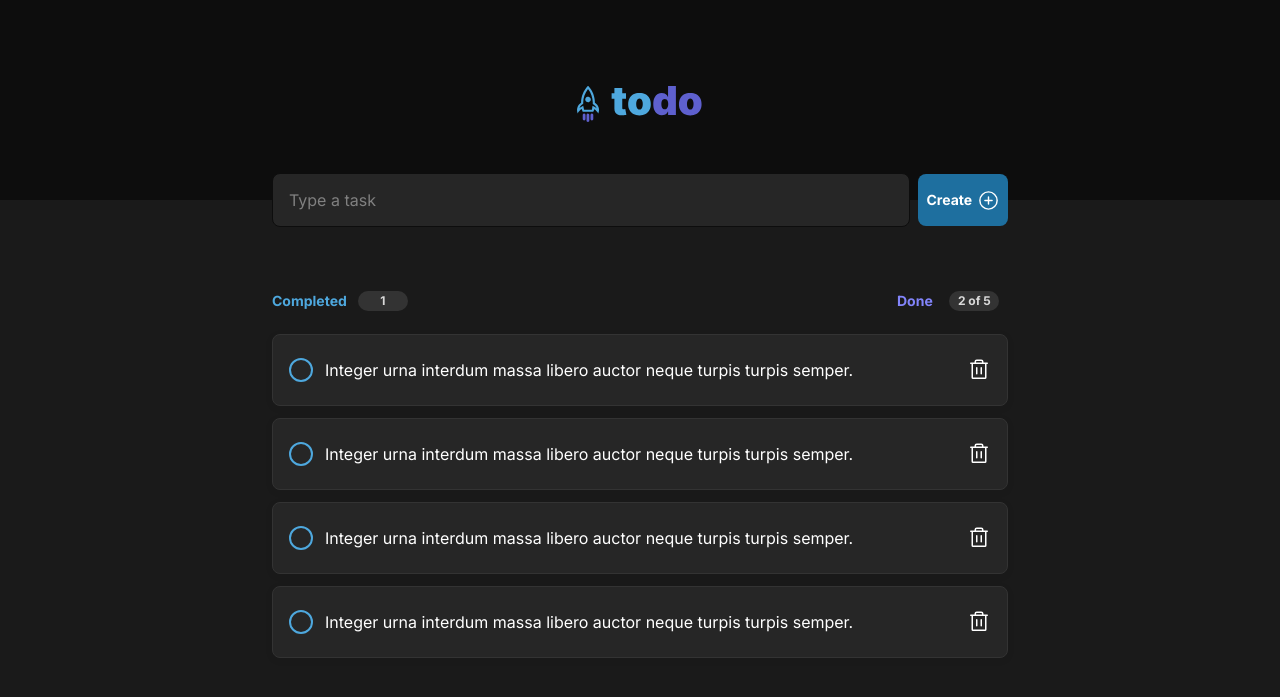
Repository: JoseGu1llardi/to-do-list-D01
Page: /
These files come from the project's save history. The page is drawn as it stood at one moment and after the next save; the edit follows.
The browser window is 1280 px wide. The pictures show the whole page.
The project was rebuilt for these pictures with package versions that can differ from the ones it lists, and the page was loaded fresh each time. Requests to the local data server were answered from the project's data file. Also part of the build but not shown: vite.config.ts.

Above is the page before, as saved 2023-03-12 13:39:21.

### index.html
<!DOCTYPE html>
<html lang="en">
  <head>
    <meta charset="UTF-8" />

    <link rel="preconnect" href="https://fonts.googleapis.com" />
    <link rel="preconnect" href="https://fonts.gstatic.com" crossorigin />

    <link
      href="https://fonts.googleapis.com/css2?family=Inter:wght@400;700&display=swap"
      rel="stylesheet"
    />

    <link rel="icon" type="image/svg+xml" href="/vite.svg" />
    <meta name="viewport" content="width=device-width, initial-scale=1.0" />
    <title>Vite + React + TS</title>
  </head>
  <body>
    <div id="root"></div>
    <script type="module" src="/src/main.tsx"></script>
  </body>
</html>

### src/App.tsx
import { Header } from "./components/Header"

import styles from './App.module.css';

import "./global.css"
import { Input } from "./components/Input";
import { Button } from "./components/Button";
import { TasksList } from "./components/TasksList";

function App() {
  return (
    <>
      <Header />

      <div className={styles.newTaskContainer}>
        <Input />
        <Button />
      </div>

      <div className={styles.tasksContainer}>
        <TasksList />
      </div>
    </>
  )
}

export default App

### src/components/Header/index.tsx
import Logo from '../../assets/Logo (1).svg'

import styles from './styles.module.css';

export function Header() {
    return (
        <header className={styles.container}>
            <img src={Logo} />
        </header>
    )
}

### src/App.module.css
.newTaskContainer {
  display: flex;
  flex-direction: row;
  align-items: center;
  padding: 0px;
  gap: 8px;

  position: absolute;
  width: 46rem;
  height: 3.375rem;
  left: calc(50% - 736px / 2);
  top: 10.8125rem;
}

.tasksContainer {
  display: flex;
  flex-direction: column;
  align-items: flex-start;
  padding: 0px;
  gap: 24px;

  position: absolute;
  width: 736px;
  height: 287px;
  left: calc(50% - 736px / 2);
  top: 291px;
}

### src/global.css
:root {
  // Base
  --gray-100: #f2f2f2;
  --gray-200: #d9d9d9;
  --gray-300: #808080;
  --gray-400: #333333;
  --gray-500: #262626;
  --gray-600: #1a1a1a;
  --gray-700: #0d0d0d;

  --danger: #e25858;

  // Product
  --purple: #8284fa;
  --dark-purple: #5e60ce;
  --blue: #4ea8de;
  --dark-blue: #1e6f9f;
}

* {
  margin: 0;
  padding: 0;
  box-sizing: border-box;
}

body {
  color: #fff;
  background: var(--gray-600);

  width: 100%;
  height: 100%;
  max-height: 1024px;
  position: relative;
}

body,
input,
textarea,
button {
  font-family: "Inter", sans-serif;
  font-weight: 400;
  font-size: 1rem;
}

### src/components/Input/index.tsx
import styles from './styles.module.css';

export function Input() {
    return (
        <input
            type="text"
            className={styles.input}
            placeholder='Type a task'
        />
    )
}

### src/components/Button/index.tsx
import { PlusCircle } from '@phosphor-icons/react'

import styles from './styles.module.css';

export function Button() {
    return (
        <button className={styles.button}>
            <span>Create</span>
            <PlusCircle size={23} />
        </button>
    )
}

### src/components/TasksList/index.tsx
import { useEffect, useState } from 'react';

import api from '../../services/api';

import Clipboard from '../../assets/Clipboard.svg';

import { Task } from '../Task';

import styles from './styles.module.css';

interface TaskType {
    id: number;
    content: string;
    status: boolean;
}

export function TasksList() {
    const [tasks, setTasks] = useState<TaskType[]>([]);

    useEffect(() => {
        api.get("/tasks")
            .then(({ data }) => setTasks(data))
    }, []);
    return (
        <>
            <section className={styles.info}>

                <div className={styles.created}>
                    <span>Completed</span>
                    <div className={styles.counterCreated}>
                        <p>1</p>
                    </div>
                </div>

                <div className={styles.done}>
                    <span>Done</span>
                    <div className={styles.doneCreated}>
                        <span>2 of 5</span>
                    </div>
                </div>

            </section>

            {/* <section className={styles.tasks}>
                <img src={Clipboard} alt="" />
                <strong>You don't have tasks registered yet!</strong>
                <span>Create tasks and organize your to-do list</span>
            </section> */}

            <section className={styles.list}>
                {
                    tasks.map((task) => (
                        <Task key={task.id} id={task.id} content={task.content} status={task.status} />
                    ))
                }
            </section>
        </>
    )
}

### src/components/Header/styles.module.css
.container {
  position: absolute;
  height: 12.5rem;
  max-width: 100%;
  left: 0;
  right: 0;
  top: 0;

  display: flex;
  align-items: center;
  justify-content: center;

  background: var(--gray-700);
}

.container img {
  position: absolute;
  width: 7.875rem;
  height: 3rem;
}

### src/components/Input/styles.module.css
.input {
  box-sizing: border-box;

  display: flex;
  flex-direction: row;
  align-items: center;
  padding: 16px;
  gap: 8px;

  width: 638px;
  height: 54px;

  background: var(--gray-500);
  color: #fff;

  border: 1px solid var(--gray-700);
  border-radius: 8px;

  flex: none;
  order: 0;
  flex-grow: 1;
}

.input:focus {
  outline: transparent;
  box-shadow: 0 0 0 2px var(--dark-purple);
}

.input::placeholder {
  color: var(--gray-300);
}

### src/components/Button/styles.module.css
.button {
  width: 90px;
  height: 52px;

  display: flex;
  flex-direction: row;
  align-items: center;
  justify-content: center;
  gap: 16px;

  border: 0;
  border-radius: 8px;

  background: var(--dark-blue);
  color: white;

  cursor: pointer;

  transition: filter 0.2s;
}

.button span {
  width: 34px;
  height: 20px;

  font-weight: 700;
  font-size: 14px;
  line-height: 140%;

  color: var(--gray-100);

  flex: none;
  order: 0;
  flex-grow: 0;
}

.button img {
  width: 16px;
  height: 16px;

  flex: none;
  order: 1;
  flex-grow: 0;
}

.button:hover {
  background: var(--blue);
  filter: brightness(0.8);
}

### src/services/api.ts
import axios from 'axios';

const api = axios.create({
    baseURL: "http://localhost:3000"
});

export default api;

### src/components/Task/index.tsx
import { useState } from 'react';

import { Trash } from '@phosphor-icons/react'

import styles from './styles.module.css';

interface TasksProps {
    id: number;
    content: string;
    status: boolean;
}[]

export function Task({ id, content, status }: TasksProps) {
    const [isChecked, setIsChecked] = useState(status);

    return (
        <section className={styles.task}>
            <div>
                <input
                    id='checked'
                    type="checkbox"
                    onClick={() => setIsChecked(!isChecked)}
                />
                <span
                    className={isChecked ? styles.isChecked : ''}
                >
                    Integer urna interdum massa libero auctor neque turpis turpis semper.
                </span>
            </div>
            <Trash size={20} />
        </section>
    )
}

### src/components/TasksList/styles.module.css
.info {
  display: flex;
  flex-direction: row;
  justify-content: space-between;
  align-items: flex-end;
  padding: 0px;

  width: 736px;
  height: 19px;

  flex: none;
  order: 0;
  align-self: stretch;
  flex-grow: 0;
}

.created {
  display: flex;
  flex-direction: row;
  align-items: center;
  padding: 0px;
  gap: 8px;

  width: 139px;
  height: 19px;

  order: 0;
  flex-grow: 0;
}

.created span {
  font-family: "Inter";
  font-style: normal;
  font-weight: 700;
  font-size: 14px;
  line-height: 17px;

  color: var(--blue);

  flex: none;
  order: 0;
  flex-grow: 0;
}

.counterCreated {
  display: flex;
  flex-direction: row;
  justify-content: center;
  align-items: center;
  padding: 2px 8px;
  gap: 10px;
  margin: 0 auto;

  width: 50px;
  height: 20px;

  background: #333333;
  border-radius: 999px;

  order: 1;
  flex-grow: 0;
}

.counterCreated p {
  display: flex;
  flex-direction: row;
  font-style: normal;
  font-weight: 700;
  font-size: 12px;
  line-height: 15px;

  color: var(--gray-200);
}

.done {
  display: flex;
  box-sizing: border-box;
  flex-direction: row;
  align-items: center;
  padding: 0px;
  gap: 8px;

  width: 111px;
  height: 19px;

  order: 1;
  flex-grow: 0;
}

.done span {
  font-family: "Inter";
  font-style: normal;
  font-weight: 700;
  font-size: 14px;
  line-height: 17px;

  color: #8284fa;

  flex: none;
  order: 0;
  flex-grow: 0;
}

.doneCreated {
  display: flex;
  flex-direction: row;
  justify-content: center;
  box-sizing: border-box;
  align-items: center;
  padding: 2px 8px;
  gap: 10px;
  margin: 0 auto;

  width: 50px;
  height: 20px;

  background: #333333;
  border-radius: 999px;

  order: 1;
  flex-grow: 0;
}

.doneCreated span {
  display: flex;
  flex-direction: row;
  font-style: normal;
  font-weight: 700;
  font-size: 12px;
  line-height: 15px;

  color: var(--gray-200);
}

.tasks {
  box-sizing: border-box;

  display: flex;
  flex-direction: column;
  justify-content: center;
  align-items: center;
  padding: 64px 24px;
  gap: 16px;

  width: 736px;
  height: 244px;

  border-top: 1px solid #333333;
  border-radius: 8px;

  flex: none;
  order: 1;
  align-self: stretch;
  flex-grow: 0;
}

.tasks img {
  width: 56px;
  height: 56px;

  flex: none;
  order: 0;
  flex-grow: 0;
}

.tasks strong {
  display: block;
  font-style: normal;
  font-weight: 700;
  font-size: 16px;

  text-align: center;

  color: var(--gray-300);

  flex: none;
  align-self: stretch;
  flex-grow: 0;
}

.tasks span {
  font-style: normal;
  font-weight: 300;
  font-size: 16px;

  color: var(--gray-300);
}

.list {
  display: flex;
  flex-direction: column;
  align-items: flex-start;
  padding: 0px;
  gap: 12px;

  width: 736px;
  height: 382px;

  /* Inside auto layout */

  flex: none;
  order: 1;
  flex-grow: 0;
}

### src/components/Task/styles.module.css
.task {
  box-sizing: border-box;

  display: flex;
  flex-direction: row;
  align-items: center;
  flex-direction: row;
  justify-content: space-between;
  padding: 16px;
  gap: 12px;

  width: 736px;
  height: 72px;

  /* Gray 500 */

  background: #262626;
  /* Gray 400 */

  border: 1px solid #333333;
  box-shadow: 0px 2px 8px rgba(0, 0, 0, 0.06);
  border-radius: 8px;

  flex: none;
  order: 0;
  align-self: stretch;
  flex-grow: 0;
}

.task div {
  display: flex;
  flex-direction: row;
  align-items: center;
  flex-direction: row;
  gap: 12px;
}

.isChecked {
  text-decoration: line-through;
}

.task input[type="checkbox"] {
  -webkit-appearance: none;
  -moz-appearance: none;

  width: 24px;
  height: 24px;

  border: 2px solid var(--blue);
  border-radius: 50%;
  outline: none;

  background-color: transparent;
  background-position: center;
  background-repeat: no-repeat;

  cursor: pointer;

  flex: none;
  order: 0;
  flex-grow: 0;
}

.task input[type="checkbox"]:checked {
  width: 24px;
  height: 24px;

  transition-duration: all 1s ease;

  border: none;
  background-image: url("./../../assets/Layer 1.svg");
}

.task svg {
  display: flex;
  float: right;
  width: 24px;
  height: 24px;

  border-radius: 4px;

  flex: none;
  order: 2;
  flex-grow: 0;
}

.task svg:hover {
  background: #333333;
  border-radius: 4px;

  color: var(--danger);

  flex: none;
  order: 1;
  flex-grow: 0;

  cursor: pointer;
}

### src/db.json
{
  "tasks": [
    { "id": 1, "content": "Learn Javascrit in depth", "status": false },
    { "id": 2, "content": "Improve my English every day", "status": false },
    {
      "id": 3,
      "content": "Enter the programming job market this year yet",
      "status": false
    },
    {
      "id": 4,
      "content": "Decide wheter to return to Brazil or stay here in Europe.",
      "status": false
    }
  ]
}

Loaded but not shown: src/main.tsx (common file)

After the next save:
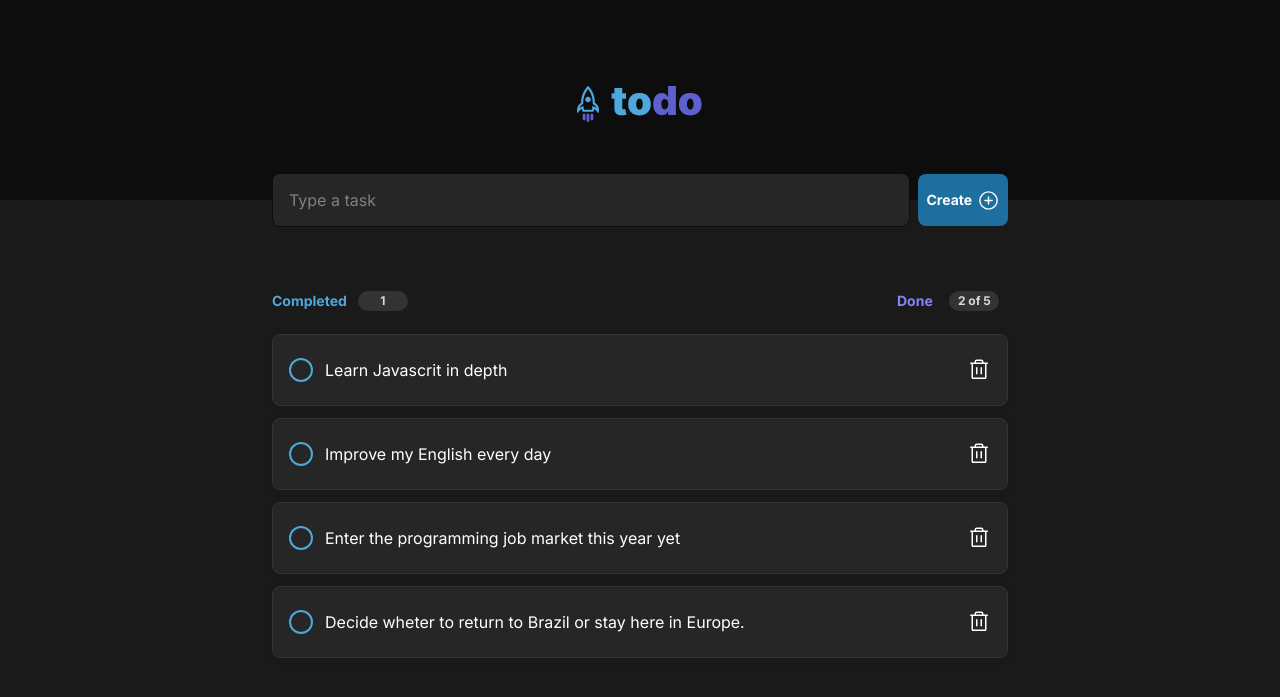
Saved 54 s later.
--- a/src/components/Task/index.tsx
+++ b/src/components/Task/index.tsx
@@ -11,7 +11,7 @@ interface TasksProps {
 }[]
 
 export function Task({ id, content, status }: TasksProps) {
-    const [isChecked, setIsChecked] = useState(status);
+    const [isChecked, setIsChecked] = useState(Boolean);
 
     return (
         <section className={styles.task}>
@@ -19,12 +19,12 @@ export function Task({ id, content, status }: TasksProps) {
                 <input
                     id='checked'
                     type="checkbox"
-                    onClick={() => setIsChecked(!isChecked)}
+                    onClick={() => setIsChecked(!status)}
                 />
                 <span
                     className={isChecked ? styles.isChecked : ''}
                 >
-                    Integer urna interdum massa libero auctor neque turpis turpis semper.
+                    {content}
                 </span>
             </div>
             <Trash size={20} />
